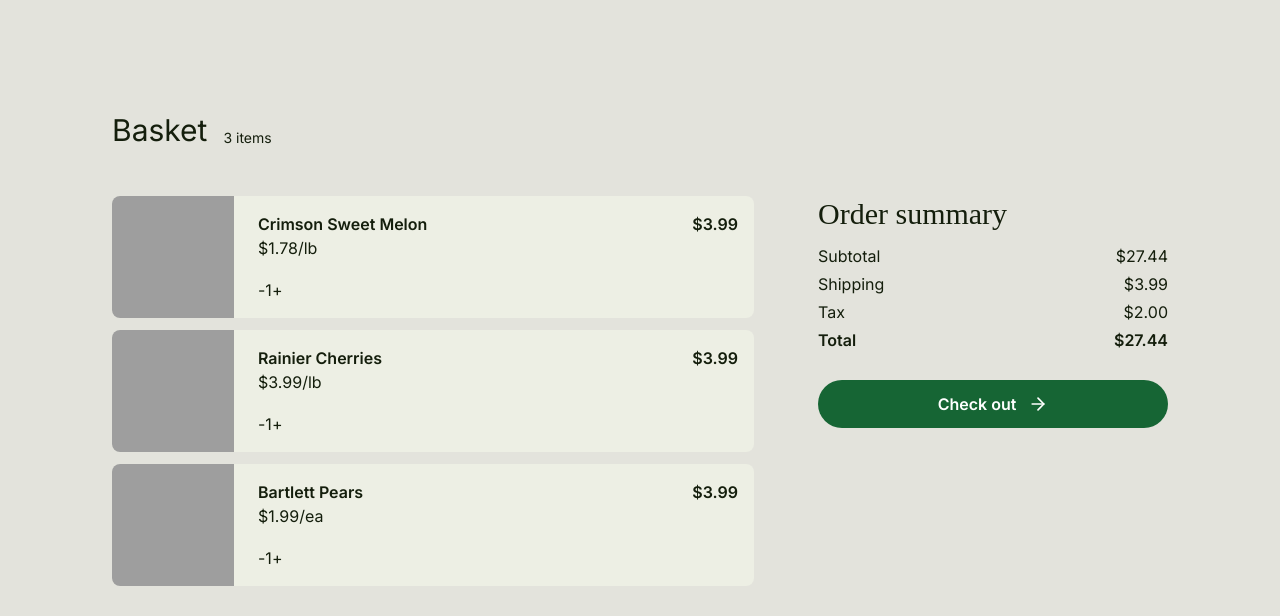
Repository: wswiselife/CSS
Page: / (app in figma-20240618/)
These files come from the project's save history. The page is drawn as it stood at one moment and after the next save; the edit follows.
The browser window is 1280 px wide. The pictures show the part of the page from y = 1280 to 1896 px (the page is 1896 px tall).
Pictures or frames that could not be fetched are drawn as grey boxes. Some web fonts or font styles are not loaded; a fallback is used. The project was rebuilt for these pictures with package versions that can differ from the ones it lists, and the page was loaded fresh each time. The framework's server and built-in components were replaced by stand-ins that run in the browser. Also part of the build but not shown: figma-20240618/next.config.mjs, figma-20240618/app/components/navbar/UserItem.tsx.

Above is the page before, as saved 2024-06-19 08:19:33.

After the next save:
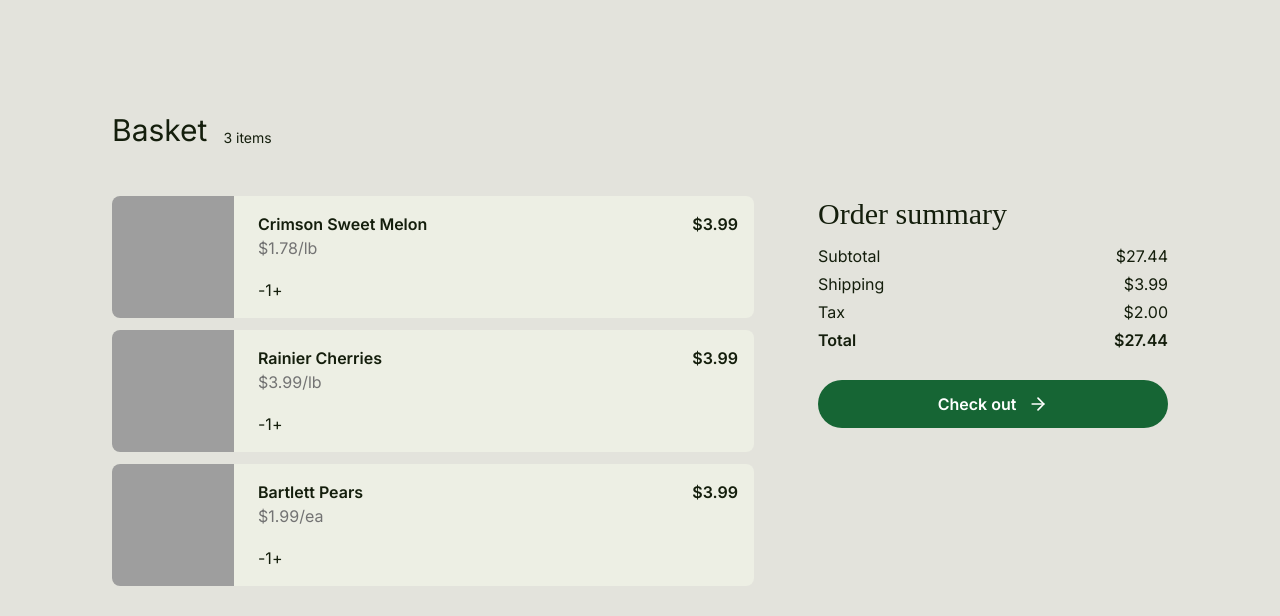
Saved 82 s later.
--- a/figma-20240618/app/components/BasketItem.tsx
+++ b/figma-20240618/app/components/BasketItem.tsx
@@ -47,7 +47,7 @@ const BasketItem:React.FC<BasketItemProps> = ({
                 <div className="flex flex-row justify-between items-start">
                     <div className="flex-1">
                         <p className="capitalize font-semibold">{title}</p>
-                        <p>${price}/{unit}</p>
+                        <p className="text-neutral-500">${price}/{unit}</p>
                     </div>
                     <div className="font-semibold">${3.99}</div>
                 </div>
